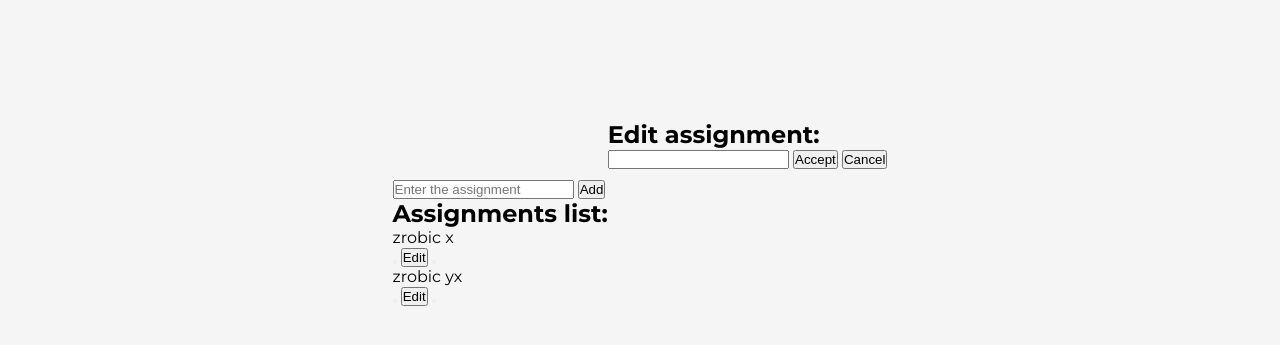
Repository: kimi1723/To-do-app
Page: index.html
An editor plug-in stored every save of this project. The page is shown before and after the next save, followed by the edit.
The browser window is 1280 px wide. The pictures show the whole page.
Some web libraries are served in a nearby version.

Above is the page before, as saved 2023-03-31 10:51:05.

### index.html
<!DOCTYPE html>
<html lang="pl">

<head>
    <meta charset="UTF-8">
    <meta name="viewport" content="width=device-width, initial-scale=1.0">
    <meta http-equiv="X-UA-Compatible" content="ie=edge">
    <title>To do app</title>
    <script src="https://kit.fontawesome.com/327a0d490c.js" crossorigin="anonymous"></script>
    <link href="https://fonts.googleapis.com/css?family=Montserrat:400,700&display=swap&subset=latin-ext"
        rel="stylesheet">
    <link rel="stylesheet" href="/dist/css/main.min.css">
</head>

<body>
    <main class="to-do">
        <div class="to-do-header">
            <h1 class="to-do-header__heading">To do app</h1>

            <input type="text" class="to-do-header__input" placeholder="Enter the assignment">
            <button class="to-do-header__add-button">Add</button>
        </div>

        <div class="to-do-assignments">
            <h2 class="to-do-assignments__heading">Assignments list:</h2>

            <div class="to-do-assignment">
                <p class="to-do-assignment__text">zrobic x</p>

                <div class="to-do-buttons">
                    <button class="to-do-buttons__button"></button>
                    <button class="to-do-buttons__button to-do-buttons__button--edit">Edit</button>
                    <button class="to-do-buttons__button"></button>
                </div>
            </div>

            <div class="to-do-assignment">
                <p class="to-do-assignment__text">zrobic yx</p>

                <div class="to-do-buttons">
                    <button class="to-do-buttons__button"></button>
                    <button class="to-do-buttons__button to-do-buttons__button--edit">Edit</button>
                    <button class="to-do-buttons__button"></button>
                </div>
            </div>


        </div>
    </main>

    <div class="to-do-edit-assignment">
        <h2 class="to-do-edit-assignment__heading">Edit assignment:</h2>
        <input type="text" class="to-do-edit-assignment__input">

        <button class="to-do-edit-assignment__button to-do-edit-assignment__button--accept">Accept</button>
        <button class="to-do-edit-assignment__button to-do-edit-assignment__button--cancel">Cancel</button>
    </div>

    <script src="/dist/js/app.min.js"></script>
</body>

</html>

Loaded but not shown: dist/css/main.min.css (library); dist/js/app.min.js (library)

After the next save:
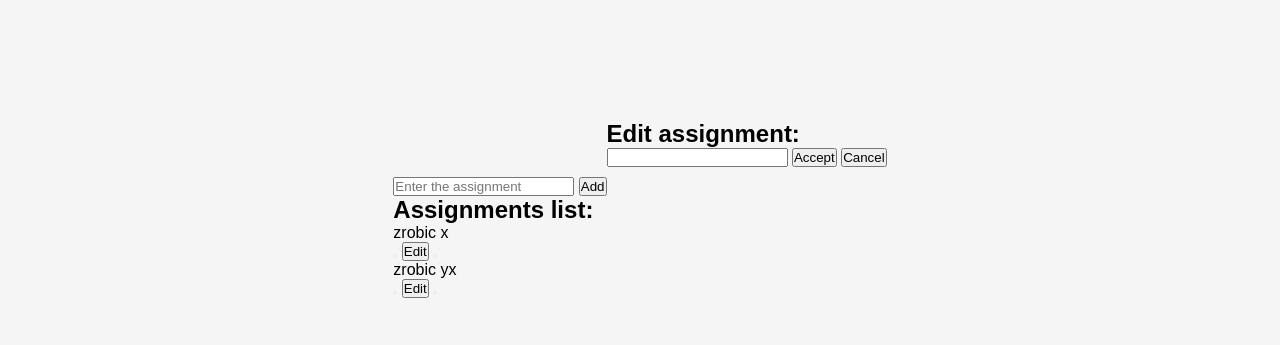
Saved 45 s later.
--- a/index.html
+++ b/index.html
@@ -7,8 +7,9 @@
     <meta http-equiv="X-UA-Compatible" content="ie=edge">
     <title>To do app</title>
     <script src="https://kit.fontawesome.com/327a0d490c.js" crossorigin="anonymous"></script>
-    <link href="https://fonts.googleapis.com/css?family=Montserrat:400,700&display=swap&subset=latin-ext"
-        rel="stylesheet">
+    <link rel="preconnect" href="https://fonts.googleapis.com">
+    <link rel="preconnect" href="https://fonts.gstatic.com" crossorigin>
+    <link href="https://fonts.googleapis.com/css2?family=Roboto:wght@400;700&display=swap" rel="stylesheet">
     <link rel="stylesheet" href="/dist/css/main.min.css">
 </head>
 
